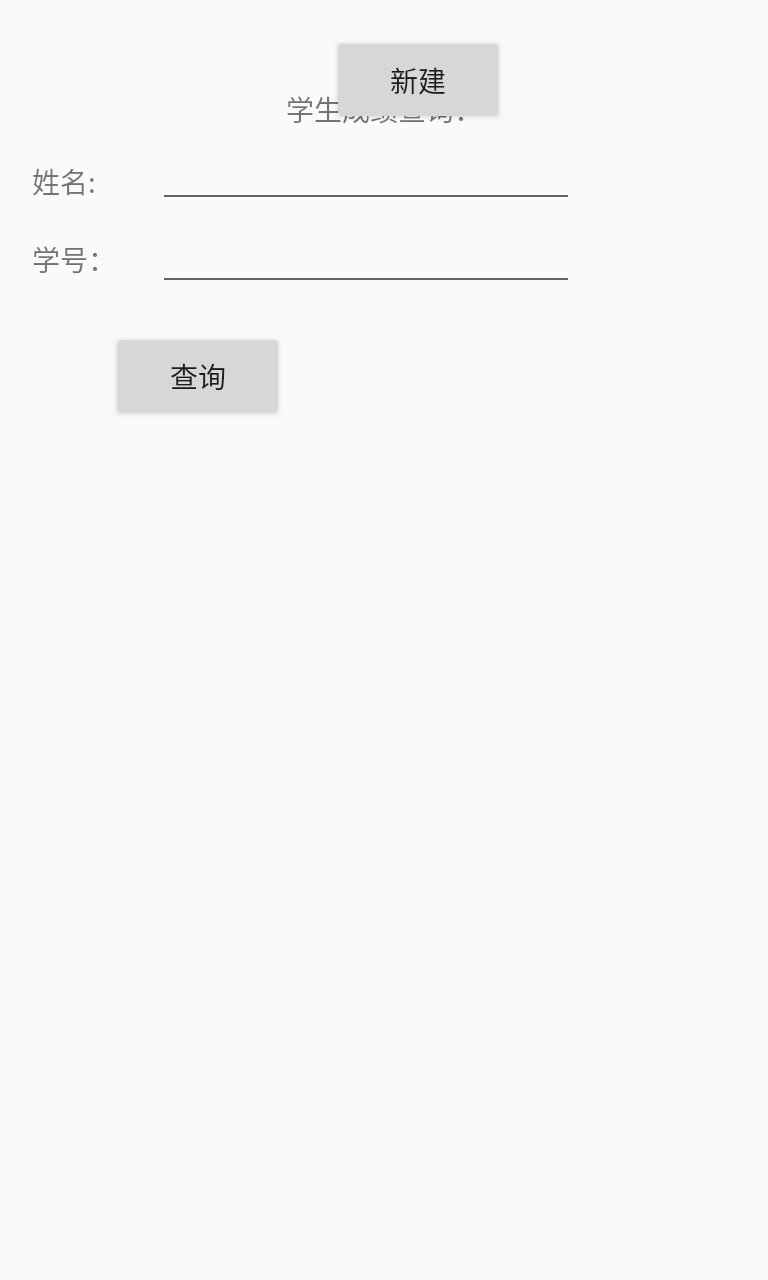
Repository: DaisyDong/AndroidPath
Layout: ScoreQurey/res/layout/activity_main.xml
The author's editor kept a copy of each file at every save. The layout is drawn from the files as they stood at one save, then again after the next save.
It is drawn on a 768 x 1280 px phone screen (xhdpi) without system bars, with theme AppTheme; the app's code is not run.

Above is the layout before, as saved 2015-04-20 03:03:03.

After the next save:
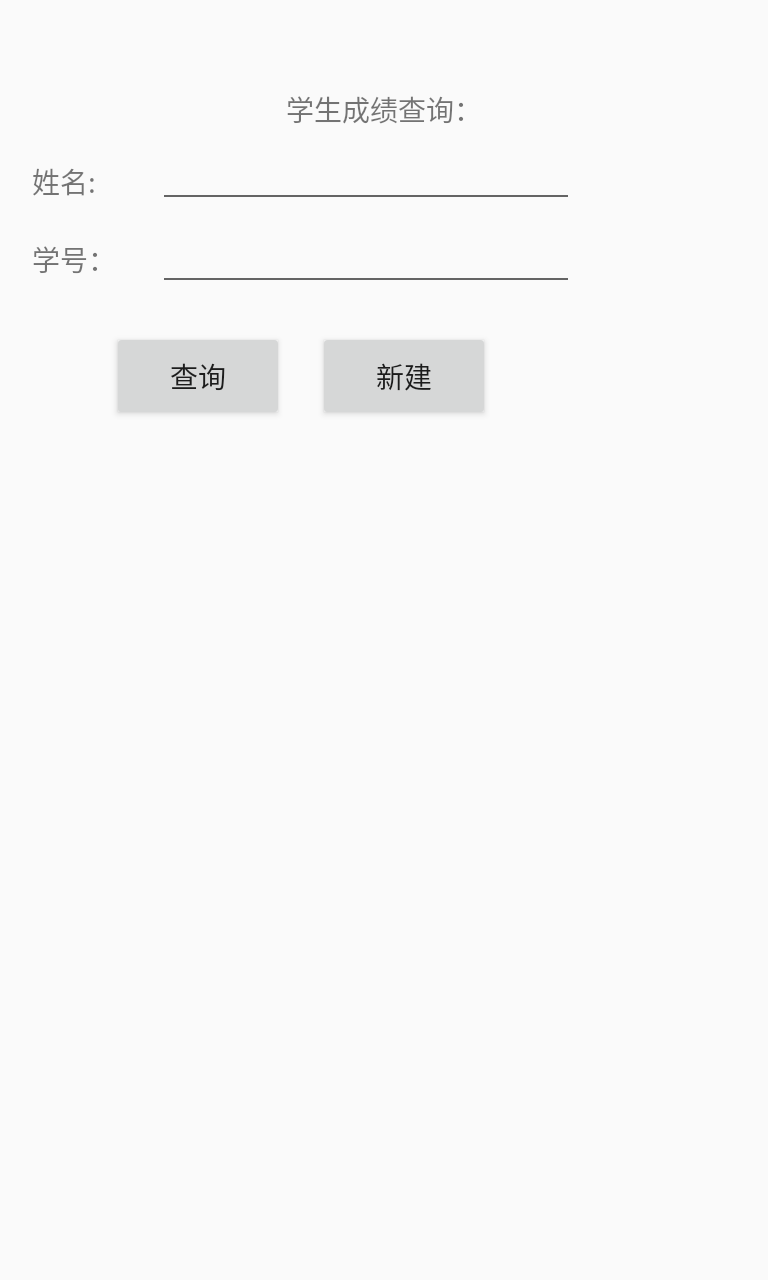
Saved 95 s later.
--- a/ScoreQurey/res/layout/activity_main.xml
+++ b/ScoreQurey/res/layout/activity_main.xml
@@ -65,10 +65,10 @@
         android:id="@+id/bnt2"
         android:layout_width="wrap_content"
         android:layout_height="wrap_content"
-        android:layout_alignBaseline="@+id/bnt"
-        android:layout_alignBottom="@+id/bnt"
+        android:layout_alignBaseline="@+id/bnt1"
+        android:layout_alignBottom="@+id/bnt1"
         android:layout_alignRight="@+id/et2"
-        android:layout_marginRight="35dp"
+        android:layout_marginRight="42dp"
         android:text="新建" />
 
 </RelativeLayout>
